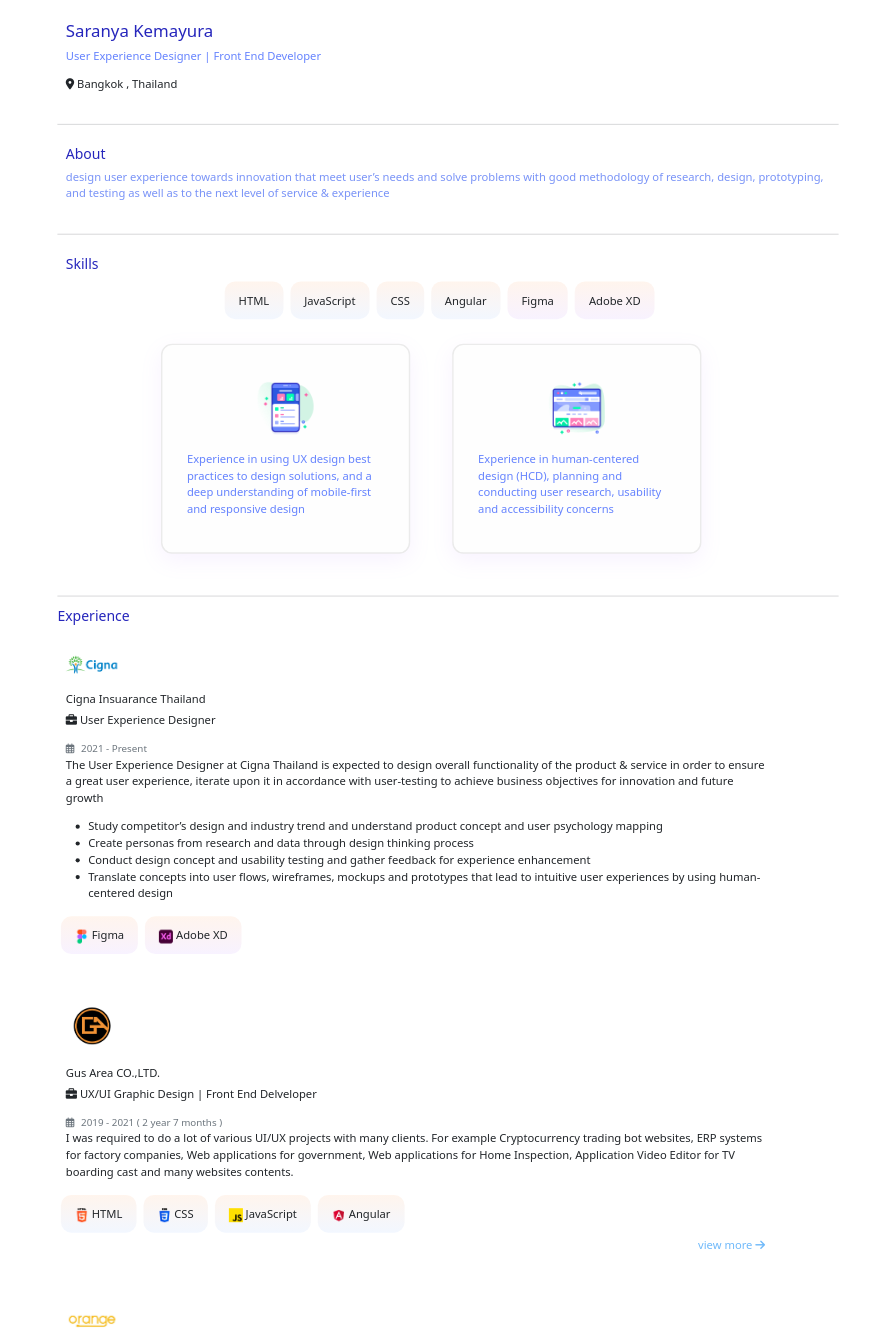
Repository: 0910th/portfolio
Page: index.html
The author's editor kept a copy of each file at every save. The page is drawn from the files as they stood at one save, then again after the next save.
The browser window is 1280 px wide. The pictures show the part of the page from y = 0 to 1920 px (the page is 3016 px tall), at 70% of full size.

Above is the page before, as saved 2022-12-23 17:00:33.

### index.html
<!doctype html>
<html lang="en">

<head>
    <meta charset="utf-8">
    <meta name="viewport" content="width=device-width, initial-scale=1">
    <title>Saranya Portfolio</title>

    <link href="./css/bootstrap.min.css" rel="stylesheet" crossorigin="anonymous">
    <link href="./css/mystyle.css" rel="stylesheet" crossorigin="anonymous">
    <!--font awesome -->
    <link rel="stylesheet" href="./fontawesome/css/all.css" type="text/css">
    <link rel="stylesheet" href="./fontawesome/css/fontawesome.css">
    <link rel="stylesheet" href="./fontawesome/css/brands.css">
    <link rel="stylesheet" href="./fontawesome/css/solid.css">
</head>

<body>

    <div class="container-md">
        <!-- Content here -->
        <!-- section01 Name  -->
        <div class="row mg-30">
            <h4 class="purple-deep">Saranya Kemayura</h4>
            <p class="purple-light">User Experience Designer | Front End Developer</p>
            <p ><i class="fa-solid fa-location-dot"></i> Bangkok , Thailand </p>
        </div>
        <hr>
        <div class="row mg-30 bg-gradient-head">

            <h5 class="purple-deep">About</h5>
            <p class="purple-trans">design user experience towards innovation that meet user’s needs and solve problems with good methodology of
                research,
                design, prototyping, and testing as well as to the next level of service & experience</p>
        </div>
        <hr>
        <div class="row mg-30">
            <h5 class="purple-deep">Skills</h5>
            <div class="row justify-content-center">
                <div class="badge-text code">HTML</div>
                <div class="badge-text code">JavaScript</div>
                <div class="badge-text code">CSS</div>
                <div class="badge-text code">Angular</div>
                <div class="badge-text design">Figma</div>
                <div class="badge-text design">Adobe XD</div>
            </div>


            <div class="row">
                <div class="row justify-content-center">
                    <div class="col-md-4 col-sm-6 col-sx-12 card-skills">
                        <img class="card-icon" src="/images/user-interface.png">
                        Experience in using UX design best practices to design solutions, and a deep understanding of mobile-first and
                        responsive design
                    </div>
                    <div class="col-md-4 col-sm-6 col-sx-12 card-skills">
                        <img class="card-icon" src="/images/user-interface-research.png">
                        Experience in human-centered design (HCD), planning and conducting user research, usability and accessibility concerns
                    </div>
                </div>
            </div>

        </div>
        <hr>
        <div class="row">

            <h5 class="purple-deep">Experience</h5>
            <div class="row mg-30 vertical-line">
                <div class="col">
                    <img class="office-logo" src="/images/cignalogo.png">
                </div>
                <div class="col-11">
                    <h6> Cigna Insuarance Thailand </h6>
                    <p><i class="fa-solid fa-briefcase"></i> User Experience Designer </p>
                    <small class="text-muted"> <i class="fa-regular fa-calendar-days"></i> 2021 - Present </small>

                    <p > The User Experience Designer at Cigna Thailand is expected to design overall functionality of the product & service in
                    order to ensure a great user experience, iterate upon it in accordance with user-testing to achieve business objectives
                    for innovation and future growth </p>
                        <ul>
                            <li>Study competitor’s design and industry trend and understand product concept and user psychology mapping</li>
                            <li>Create personas from research and data through design thinking process</li>
                            <li>Conduct design concept and usability testing and gather feedback for experience enhancement</li>
                            <li>Translate concepts into user flows, wireframes, mockups and prototypes that lead to intuitive user experiences by
                            using human-centered design</li>
                        </ul>
                        <div class="row">
                            <div class="badge-text design"><img src="/images/figma.png" class="icon-logo"> Figma </div>
                            <div class="badge-text design"><img src="/images/xd.png" class="icon-logo"> Adobe XD </div>

                        </div>
                </div>

            </div>
            <div class="row mg-30 vertical-line">
                <div class="col">
                    <img class="office-logo" src="/images/guslogo.png">
                </div>
                <div class="col-11">
                    <h6> Gus Area CO.,LTD.   </h6>
                    <p> <i class="fa-solid fa-briefcase"></i> UX/UI Graphic Design | Front End Delveloper </p>
                    <small class="text-muted"> <i class="fa-regular fa-calendar-days"></i> 2019 - 2021 ( 2 year 7 months ) </small>

                    <p> I was required to do a lot of various UI/UX projects with many clients. For example Cryptocurrency trading bot websites,
                    ERP systems for factory companies, Web applications for government, Web applications for Home Inspection, Application
                    Video Editor for TV boarding cast and many websites contents.  </p>
                    <div class="row">
                        <div class="badge-text code"><img src="/images/html-5.png" class="icon-logo"> HTML </div>
                        <div class="badge-text code"><img src="/images/css-3.png" class="icon-logo"> CSS </div>
                        <div class="badge-text code"><img src="/images/js.png" class="icon-logo"> JavaScript </div>
                        <div class="badge-text code"><img src="/images/angular.png" class="icon-logo"> Angular </div>
                    </div>
                    <div class="align-end">
                        <a href="https://drive.google.com/file/d/1GT6gE9DtqS3qcQ0BoRsfJf4KunN4CFvU/view?usp=share_link" target="_blank"> view
                            more <i class="fa-sharp fa-solid fa-arrow-right"></i> </a>
                    </div>

                </div>

            </div>
            <div class="row mg-30 vertical-line">
                <div class="col">
                    <img class="office-logo" src="/images/orangelogo.jpg">
                </div>
                <div class="col-11">
                    <h6> Orange Technologies Solutions   </h6>
                    <p> <i class="fa-solid fa-briefcase"></i> Graphics Design </p>
                    <small class="text-muted"> <i class="fa-regular fa-calendar-days"></i> 2018 ( 3 months Internship ) </small>

                    <p> Determining the structure and design of web pages and made
                        ensuring web design is optimized for smartphones. Utilizing a variety of
                        markup languages to write web pages. Support customer in maintenance
                        service program. </p>
                    <div class="row">
                        <div class="badge-text code"><img src="/images/html-5.png" class="icon-logo"> HTML </div>
                        <div class="badge-text code"><img src="/images/css-3.png" class="icon-logo"> CSS </div>
                    </div>
                    <div class="align-end">
                        <a href="https://drive.google.com/file/d/1MODC7KRE6SoKk1lN0rvdMFdlt3xqDC_x/view?usp=sharing" target="_blank"> view
                            more <i class="fa-sharp fa-solid fa-arrow-right"></i> </a>
                    </div>
                </div>

            </div>
            <div class="row mg-30 vertical-line">
                <div class="col">
                    <img class="office-logo" src="/images/siamlogo.jpg">
                </div>
                <div class="col-11">
                    <h6> Siam University </h6>
                    <p> <i class="fa-solid fa-graduation-cap"></i> Bachelor of Science,Computer Science </p>
                    <small class="text-muted"> <i class="fa-regular fa-calendar-days"></i> Jun 2014 - Oct 2018 </small>

                    <div class="row mg-30">
                        <div class="col-md-2"> Project Name </div>
                        <div class="col-md-10"> Web application management of data for cooperation and public
                        relations. </div>
                    </div>
                    <div class="row mg-30">
                        <div class="col-md-2"> Description </div>
                        <div class="col-md-10"> Manage Co-Operated Case Study For Baan Fah Green Park Royal
                            Thonburirom </div>
                    </div>
                    <div class="row mg-30">
                        <div class="col-md-2"> Responsibilities </div>
                        <div class="col-md-10"> Front-End, UX/UI Design, System Algorithm Design, Project Management. </div>
                    </div>
                    <div class="row">
                        <div class="row">
                            <div class="badge-text code"><img src="/images/html-5.png" class="icon-logo"> HTML </div>
                            <div class="badge-text code"><img src="/images/css-3.png" class="icon-logo"> CSS </div>
                            <div class="badge-text code"><img src="/images/js.png" class="icon-logo"> JavaScript </div>
                            <div class="badge-text code"><img src="/images/angular.png" class="icon-logo"> Angular </div>
                            <div class="badge-text code"><img src="/images/firebaselogo.png" class="icon-logo"> Firebase </div>

                        </div>
                    </div>
                    <div class="align-end">
                        <a href="https://drive.google.com/file/d/1-WiQ9sEVFjpiMQZhy3hezphQuEG-YV4b/view?usp=sharing" target="_blank"> view more <i class="fa-sharp fa-solid fa-arrow-right"></i> </a>
                    </div>
                </div>

            </div>
        </div>
        <hr>
        <h6>Licenses & Certificate</h6>
        <div class="row">


                <div class="col-md-6 mg-30">
                    <div class="row">
                        <div class="col-md-2">
                            <img class="office-logo" src="/images/tdclogo.jpg">
                        </div>
                        <div class="col-md-10">
                            <h6>User Experience UX(Design):Design Solutions for your Users</h6>
                            <p>Thammasat Design Center (TDC)</p>
                            <small class="text-muted"> Issued Feb 2022 </small>
                            <div class="">
                                <a class="btn btn-outline-primary"
                                    href="https://drive.google.com/file/d/1K9nLmPM9IpYpREJaLTQpupgg0pyApNxf/view?usp=sharing" target="_blank">Show
                                    credential <i class="fa-solid fa-up-right-from-square"></i> </a>
                            </div>
                        </div>
                    </div>

                </div>
                <div class="col-md-6 mg-30">
                    <div class="row">
                        <div class="col-md-2">
                            <img class="office-logo" src="/images/skooldiologo.jpg">
                        </div>
                        <div class="col-md-10">
                            <h6>UX Writing</h6>
                            <p>Skooldio (TDC)</p>
                            <small class="text-muted"> Issued Dec 2022 </small>
                            <div class="">
                                <a class="btn btn-outline-primary" href="https://drive.google.com/file/d/1BEAHY4evkZaUVi4WXsF9LlQV7Dov4a3x/view?usp=sharing" target="_blank">Show credential <i class="fa-solid fa-up-right-from-square"></i> </a>
                            </div>
                        </div>
                    </div>

                </div>

        </div>

    </div>

    <!-- script -->
    <script src="https://cdn.jsdelivr.net/npm/@popperjs/core@2.11.6/dist/umd/popper.min.js"
        integrity="sha384-oBqDVmMz9ATKxIep9tiCxS/Z9fNfEXiDAYTujMAeBAsjFuCZSmKbSSUnQlmh/jp3"
        crossorigin="anonymous"></script>
    <script src="https://cdn.jsdelivr.net/npm/bootstrap@5.2.3/dist/js/bootstrap.min.js"
        integrity="sha384-cuYeSxntonz0PPNlHhBs68uyIAVpIIOZZ5JqeqvYYIcEL727kskC66kF92t6Xl2V"
        crossorigin="anonymous"></script>
</body>

</html>

### css/mystyle.css
/*
body {
   background-color:  #f2f6ff;
} */
.text-right {
    text-align: right;
}
.mg-30 {
    margin: 30px 0px;
}
.purple-deep {
    color: #2626bc;
}
.purple-light {
    color: #6583fe;
}
.purple-trans {
    color:#7993f7;
}
.badge-text {
    padding: 15px 20px;
    margin: 5px 5px;
    text-align: justify;
    vertical-align: middle;
    width: max-content;
    border-radius: 15px;

}
.badge-text.code {
    background-color: #f0f8ff;
    background: linear-gradient(180deg,rgba(255,153,80,.1),rgba(129, 177, 255, 0.1));
}
.badge-text.design {
    background-color: #fff3b7;
    background: linear-gradient(180deg,rgba(255,153,80,.1),rgba(184,129,255,.1));

}
.card-skills{
    color: #6583fe;
    background: #fefefe;
    border-radius: 16px;
    border: 2px solid #ebebeb;
    padding: 50px 35px;
    margin: 30px;
    box-shadow: 0 10px 30px rgba(184,129,255,.1);
}
.card-icon {
    text-align: center;
    display: block;
    width: 80px;
    height: auto;
    margin-left: auto;
    margin-right: auto;
    margin-bottom: 20px;
}
.icon-logo {
    max-width: 20px;
    height: auto;
}
.office-logo {
    max-width: 75px;
    margin-bottom: 20px;
}
.align-end {
    text-align: right;
}
.align-end a {
    text-decoration: none;
    color: #6fb9fa;
}
.align-end a:hover {
    color:#54adfa;
}
small > i {
    margin-right: 6px;
}
a.btn.btn-outline-primary {
    margin: 10px 0;
    color:  #6fb9fa;
    border: 2px solid #6fb9fa;

}
a.btn.btn-outline-primary:hover {
    color:  #ffffff;
    border-color: #54adfa;
    background-color:  #54adfa;
}
@media (max-width:450px) {
    .vertical-line {
        border-left: 2px solid #e3e3e3;
        margin-left: 15px;
    }
}

Loaded but not shown: css/bootstrap.min.css (library); fontawesome/css/all.css (library); fontawesome/css/fontawesome.css (library); fontawesome/css/solid.css (common file); fontawesome/css/brands.css (1432 lines, source omitted)

After the next save:
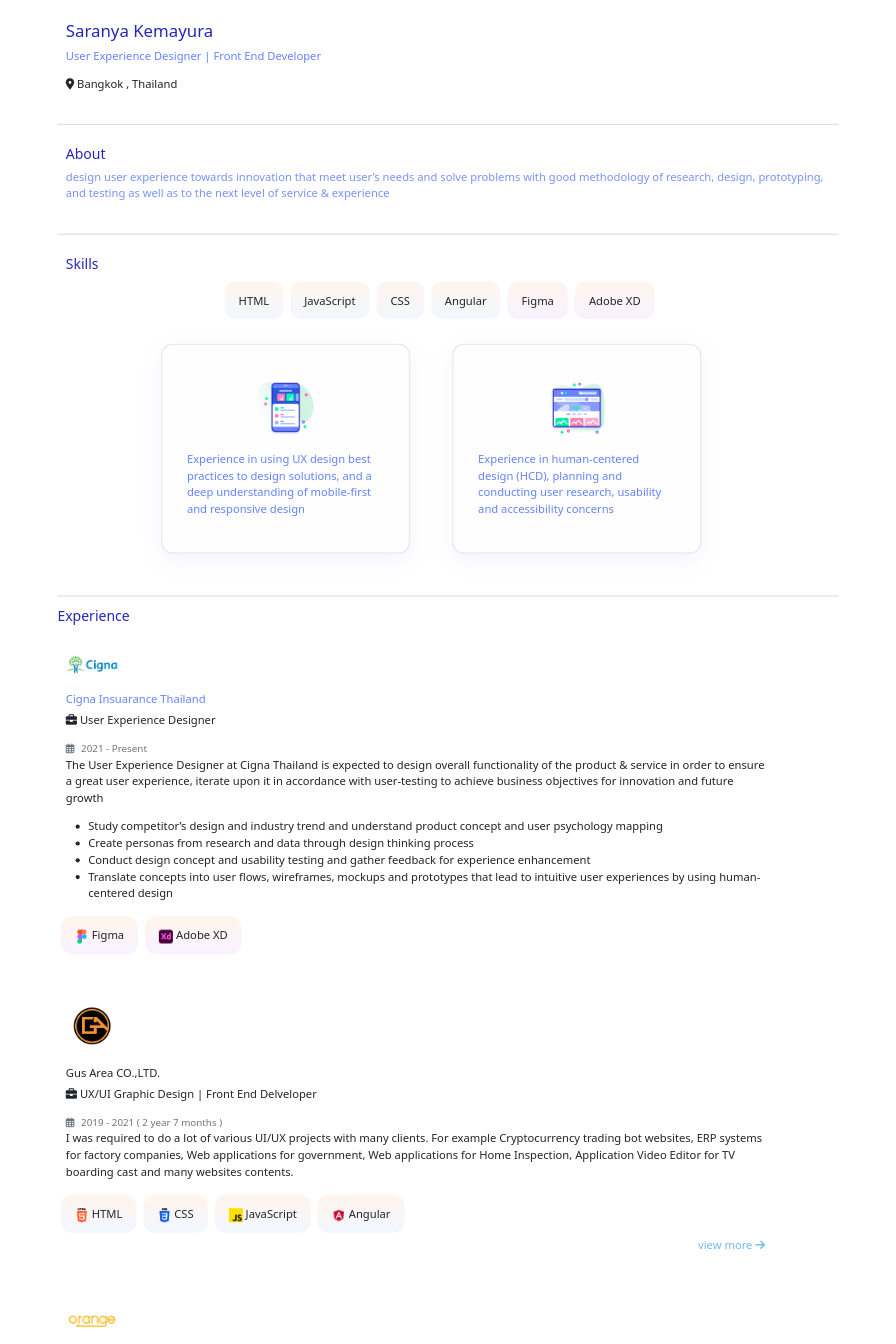
Saved 22 s later.
--- a/index.html
+++ b/index.html
@@ -70,7 +70,7 @@
                     <img class="office-logo" src="/images/cignalogo.png">
                 </div>
                 <div class="col-11">
-                    <h6> Cigna Insuarance Thailand </h6>
+                    <h6 class="purple-light"> Cigna Insuarance Thailand </h6>
                     <p><i class="fa-solid fa-briefcase"></i> User Experience Designer </p>
                     <small class="text-muted"> <i class="fa-regular fa-calendar-days"></i> 2021 - Present </small>
 
